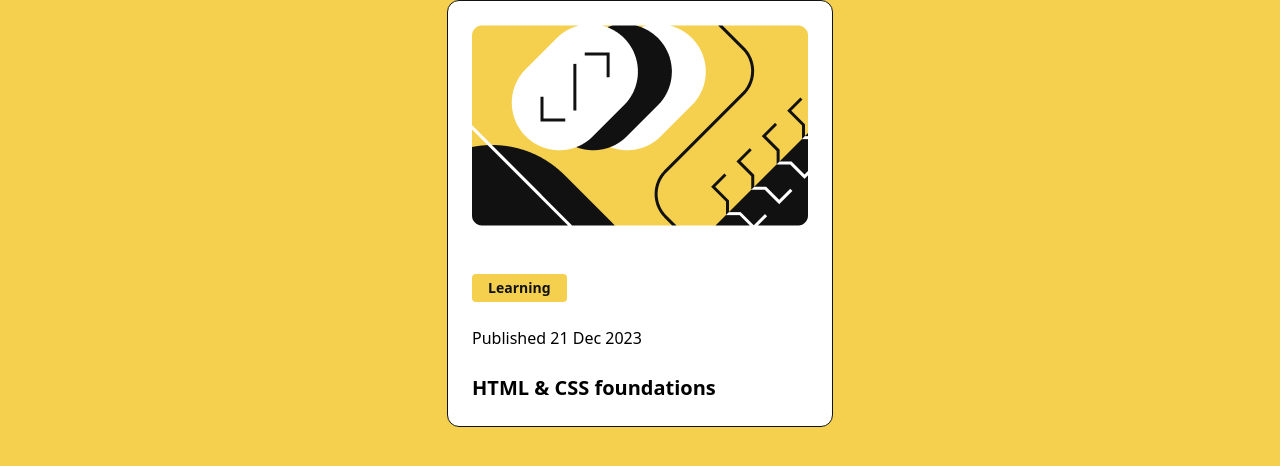
Repository: orcunelektirikci/fe-mentor-blogprev
Page: index.html
These files come from the project's save history. The page is drawn as it stood at one moment and after the next save; the edit follows.
The browser window is 1280 px wide. The pictures show the whole page.
Some web libraries are served in a nearby version.

Above is the page before, as saved 2024-04-12 16:53:18.

After the next save:
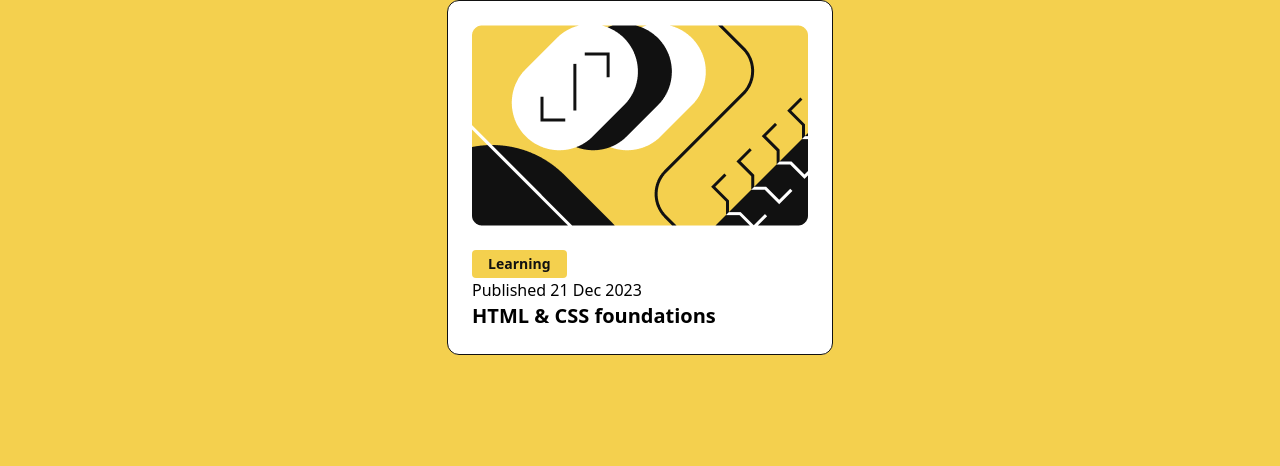
Saved 4 s later.
--- a/index.html
+++ b/index.html
@@ -13,11 +13,11 @@
     <div class="bg-white border-[1px] rounded-xl border-black p-6 flex flex-col space-y-6">
         <img src="assets/img/blogimage.png" alt="">
         <div>
-
-        </div>
-        <button class="bg-yellow rounded font-semibold text-black text-sm py-1 px-4 max-w-min" type="button">Learning</button>
+            <button class="bg-yellow rounded font-semibold text-black text-sm py-1 px-4 max-w-min" type="button">Learning</button>
         <p class="text-md">Published 21 Dec 2023</p>
         <h2 class="font-bold text-xl">HTML & CSS foundations</h2>
+        </div>
+
     </div>
 
     <script src="/assets/js/main.js"></script>
